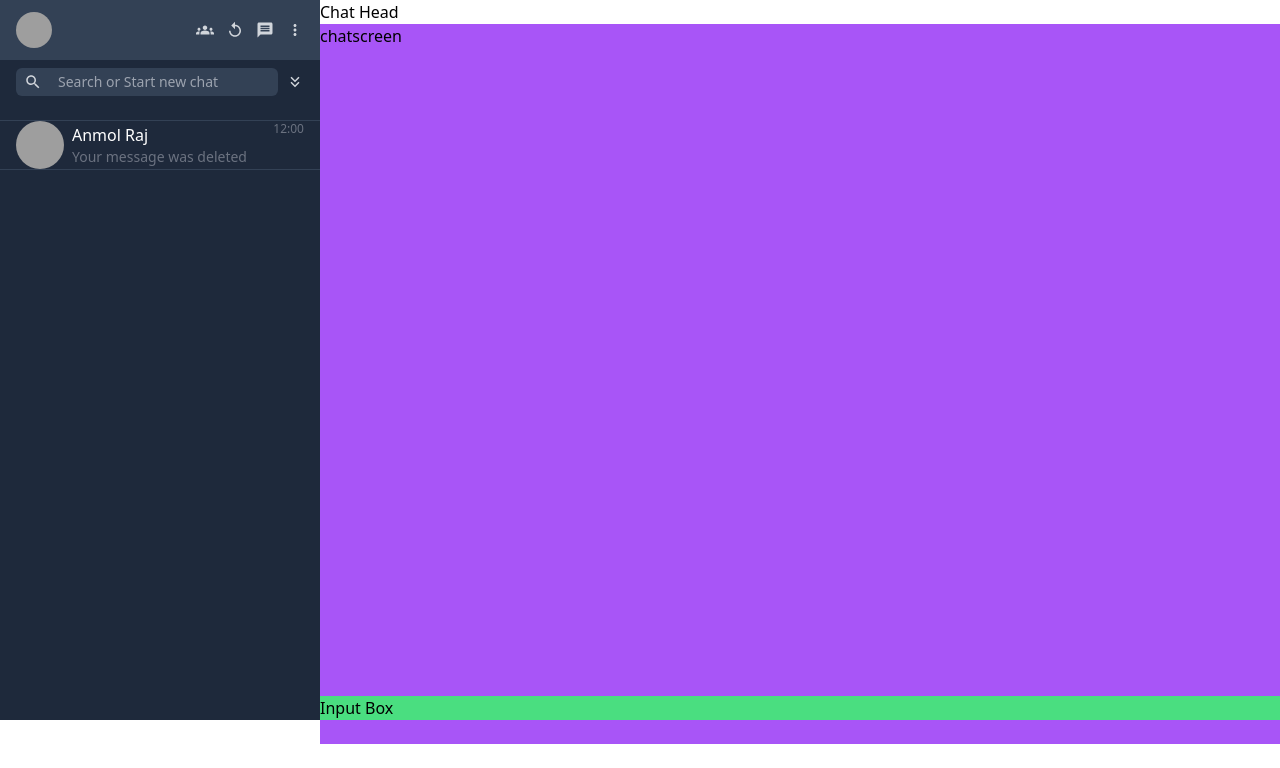
Repository: theanmol-raj/whatsapp
Page: /
These files come from the project's save history. The page is drawn as it stood at one moment and after the next save; the edit follows.
The browser window is 1280 px wide. The pictures show the whole page.
Pictures or frames that could not be fetched are drawn as grey boxes. The project was rebuilt for these pictures with package versions that can differ from the ones it lists, and the page was loaded fresh each time.

Above is the page before, as saved 2022-12-03 22:08:19.

### src/index.js
import React from 'react';
import ReactDOM from 'react-dom/client';
import './index.css';
import App from './App';






const root = ReactDOM.createRoot(document.getElementById('root'));

root.render(
  <App />
);

### src/App.js
import Homescreen from "./Screens/Homescreen";

function App() {

  return (
    <div className="h-screen w-screen bg-slate-900">
      <Homescreen />
      {/* LoginScreen */}
    </div>
  );
}

export default App;

### src/Screens/Homescreen.jsx
import React from 'react'
import ChatScreen from '../Components/ChatScreen'
import ContactList from '../Components/ContactList'

function Homescreen() {
  return (
    <div className=' w-full max-w-[95rem] grid grid-cols-4 h-screen bg-red-500 mx-auto'>
        {/* Contact List */}
            <ContactList />
        {/* Message Box */}
            <ChatScreen />

    </div>
  )
}

export default Homescreen

### src/Components/ChatScreen.jsx
import React from 'react'

function ChatScreen() {
  return (
    <div className=' bg-yellow-400 col-span-3 relative'>
        <div className=' w-full bg-white sticky top-0'>
                Chat Head
        </div>
        <div className=' h-full bg-purple-500'>
                chatscreen
        </div>
        <div className=' w-full sticky bottom-0 bg-green-400'>
                Input Box
        </div>
    </div>
  )
}

export default ChatScreen

### src/Components/ContactList.jsx
import React from 'react'
import GroupsIcon from '@mui/icons-material/Groups';
import ReplayIcon from '@mui/icons-material/Replay';
import MessageIcon from '@mui/icons-material/Message';
import MoreVertIcon from '@mui/icons-material/MoreVert';
import KeyboardDoubleArrowDownIcon from '@mui/icons-material/KeyboardDoubleArrowDown';
import SearchIcon from '@mui/icons-material/Search';
import ContactCard from './ContactCard';


function ContactList() {
  return (
    <div className=' bg-slate-800'>
      <div className=' flex justify-between items-center p-3 px-4 bg-slate-700'>
        <img className=' rounded-full h-9 w-9' alt='' src="https://pps.whatsapp.net/v/t61.24694-24/158723607_419193396439292_5955373819812020282_n.jpg?stp=dst-jpg_s96x96&ccb=11-4&oh=01_AdRKjHR9ktMhs2HrAksQulr5trvWOTtpB53hlyDh0ZECbw&oe=63986EC2" />
        <div className=' flex text-gray-300 text-lg space-x-3'>
          <GroupsIcon fontSize='inherit' />
          <ReplayIcon fontSize='inherit' />
          <MessageIcon fontSize='inherit' />
          <MoreVertIcon fontSize='inherit' />
        </div>

      </div>
      <div className=' flex items-center text-gray-300 px-4 py-2 text-lg space-x-2'>
        <div className='flex items-center w-full bg-slate-700 space-x-4 px-2 py-1 rounded-md'>
          <SearchIcon fontSize='inherit' />
          <input placeholder='Search or Start new chat' className=' bg-transparent text-sm w-full' />
        </div>
        <KeyboardDoubleArrowDownIcon fontSize='inherit' />
      </div>

      <div className='mt-4'>
        <ContactCard />
      </div>

    </div>
  )
}

export default ContactList

### src/Components/ContactCard.jsx
import React from 'react'

function ContactCard() {
  return (
    <div className='text-gray-500 border-y border-slate-700 text-sm'>
        <div className=' flex justify-between mx-4'>
            <div className=' flex space-x-2 items-center'>
                <img className=' rounded-full h-12 w-12' alt='' src="https://pps.whatsapp.net/v/t61.24694-24/158723607_419193396439292_5955373819812020282_n.jpg?stp=dst-jpg_s96x96&ccb=11-4&oh=01_AdRKjHR9ktMhs2HrAksQulr5trvWOTtpB53hlyDh0ZECbw&oe=63986EC2" />
                <div>
                    <p className=' text-white text-base'>Anmol Raj</p>
                    <p> Your message was deleted</p>
                </div>
            </div>
            <div>
                <p className='text-xs '>12:00</p>
            </div>
        </div>
    </div>
  )
}

export default ContactCard

Loaded but not shown: public/index.html (common file); src/index.css (common file); tailwind.config.js (common file)

After the next save:
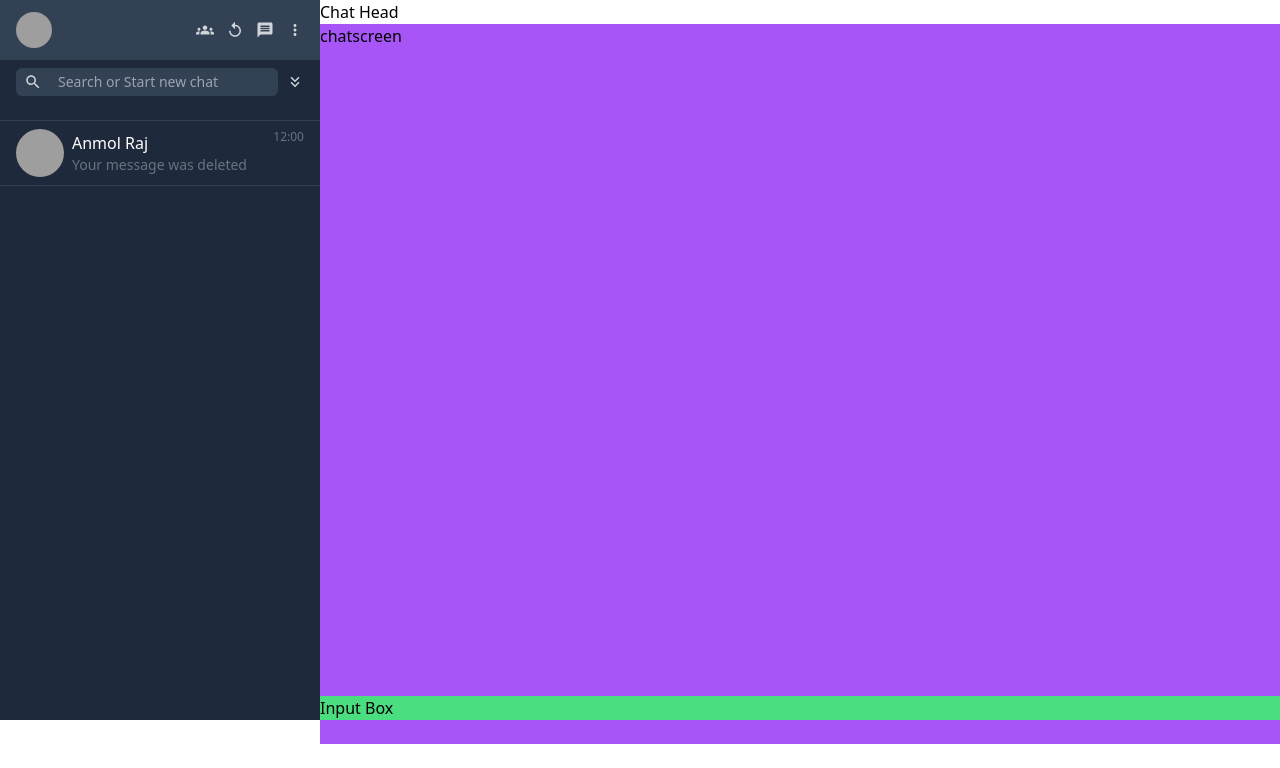
Saved 11 s later.
--- a/src/Components/ContactCard.jsx
+++ b/src/Components/ContactCard.jsx
@@ -2,7 +2,7 @@ import React from 'react'
 
 function ContactCard() {
   return (
-    <div className='text-gray-500 border-y border-slate-700 text-sm'>
+    <div className='text-gray-500 border-y py-2 border-slate-700 text-sm'>
         <div className=' flex justify-between mx-4'>
             <div className=' flex space-x-2 items-center'>
                 <img className=' rounded-full h-12 w-12' alt='' src="https://pps.whatsapp.net/v/t61.24694-24/158723607_419193396439292_5955373819812020282_n.jpg?stp=dst-jpg_s96x96&ccb=11-4&oh=01_AdRKjHR9ktMhs2HrAksQulr5trvWOTtpB53hlyDh0ZECbw&oe=63986EC2" />
